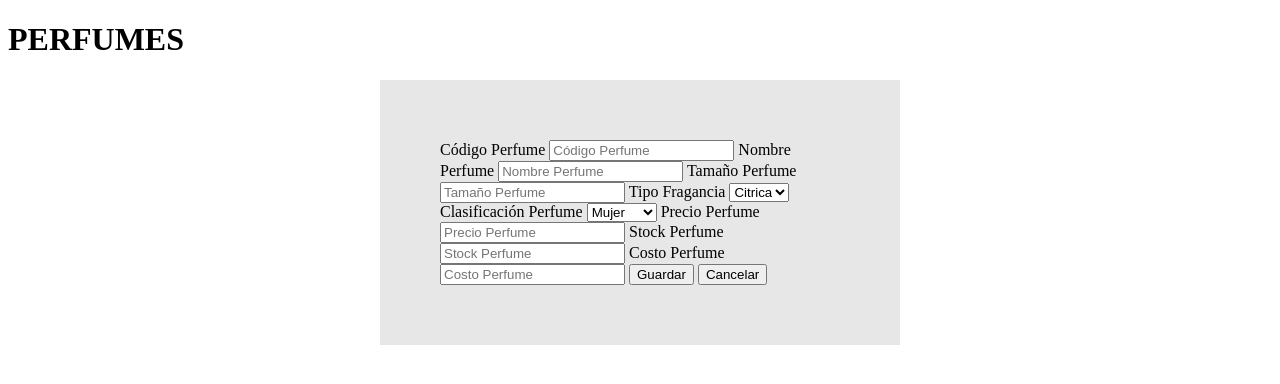
Repository: alejamorenovallejo/arosmile
Page: perfume.html
These files come from the project's save history. The page is drawn as it stood at one moment and after the next save; the edit follows.
The browser window is 1280 px wide. The pictures show the whole page.

Above is the page before, as saved 2021-09-12 02:13:56.
Not found: main.js

After the next save:
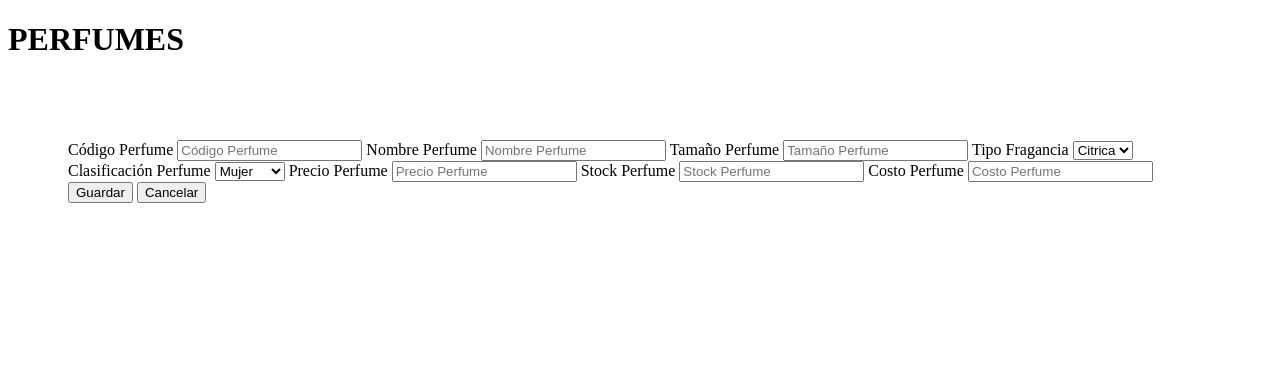
Saved 20 s later.
--- a/css/style.css
+++ b/css/style.css
@@ -1,6 +1,6 @@
 form{
     padding: 60px;
-    max-width: 400px;
+    /*max-width: 400px;
     background-color: #E7E7E7;
-    margin: 0 auto;
+    margin: 0 auto;*/
   }
